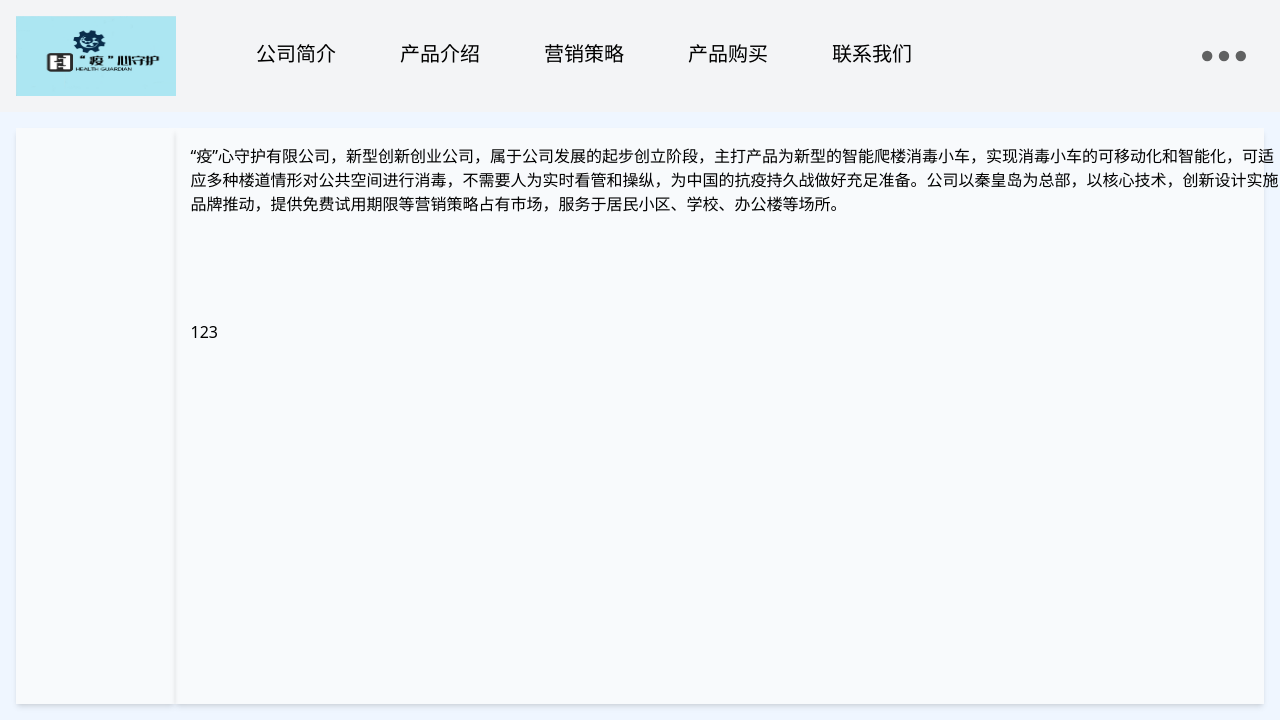
Repository: LiuRuohui/company_introduction
Page: /#/introduction
An editor plug-in stored every save of this project. The page is shown before and after the next save, followed by the edit.
The browser window is 1280 px wide. The pictures show the whole page.
The project was rebuilt for these pictures with package versions that can differ from the ones it lists, and the page was loaded fresh each time. Also part of the build but not shown: vite.config.js, src/components/product.vue, src/components/purchase.vue, src/components/strategy.vue, src/components/contact.vue.

Above is the page before, as saved 2022-05-11 23:07:34.

### index.html
<!DOCTYPE html>
<html lang="en">
  <head>
    <meta charset="UTF-8" />
    <link rel="icon" href="/favicon.ico" />
    <meta name="viewport" content="width=device-width, initial-scale=1.0" />
    <title>COMPANY_INTRODUCTION</title>
  </head>
  <body>
    <div id="app"></div>
    <script type="module" src="/src/main.js"></script>
  </body>
</html>

### src/main.js
import { createApp } from 'vue'
import "./index.css";
//引入路由器
import router from '../src/router/route.js'

import App from './App.vue'

const app = createApp(App);
app.use(router);
app.mount('#app');

### src/index.css
/* ./src/index.css */

@tailwind base;
@tailwind components;
.inputFrame {
  @apply w-full content-center text-base px-4 py-2 border-b rounded-2xl border-gray-300;
}

.inputFrame:focus {
  @apply outline-none border-indigo-500;
}

.btn {
  @apply w-full flex justify-center bg-gradient-to-r from-indigo-500 to-blue-600 text-gray-100 p-4 rounded-full tracking-wide font-semibold shadow-lg cursor-pointer transition ease-in duration-500;
}

.btn:hover {
  @apply bg-gradient-to-l from-blue-500 to-indigo-600;
}

.label {
  @apply ml-3 text-sm font-bold text-gray-700 tracking-wide;
}

@tailwind utilities;

### src/router/route.js
import { createRouter, createWebHashHistory } from "vue-router";
//引入组件
import Introduction from "../components/introduction.vue"
import Product from "../components/product.vue"
import Purchase from "../components/purchase.vue"
import Strategy from "../components/strategy.vue"
import Contact from "../components/contact.vue"

const route = [
    {
        path:'/introduction',
        component:Introduction
    },
    {
        path:'/product',
        component:Product
    },
    {
        path:'/strategy',
        component:Strategy
    },
    {
        path:'/purchase',
        component:Purchase
    },
    {
        path:'/contact',
        component:Contact
    },
]

// 创建路由对象
const router = createRouter({
    history: createWebHashHistory(),
    routes: route
  });


export default router

### src/App.vue
<script setup>
import MainPage from './components/mainPage.vue';
// This starter template is using Vue 3 <script setup> SFCs
// Check out https://vuejs.org/api/sfc-script-setup.html#script-setup

</script>

<template>
<MainPage></MainPage>
</template>

<style>

</style>

### src/components/introduction.vue
<script setup>
const intro = "“疫”心守护有限公司，新型创新创业公司，属于公司发展的起步创立阶段，主打产品为新型的智能爬楼消毒小车，实现消毒小车的可移动化和智能化，可适应多种楼道情形对公共空间进行消毒，不需要人为实时看管和操纵，为中国的抗疫持久战做好充足准备。公司以秦皇岛为总部，以核心技术，创新设计实施品牌推动，提供免费试用期限等营销策略占有市场，服务于居民小区、学校、办公楼等场所。"
</script>

<template>
    <div class="w-full m-4 flex flex-row bg-slate-50">
        <div class="flex h-full w-1/3 shadow-md">
            <div class="m-4 w-full">
            </div>
        </div>
        <div class="flex flex-grow flex-col shadow-md">
            <div class="m-4 w-full h-1/4 text-ellipsis">{{intro}}</div>
            <div class="w-full flex flex-grow">
                <div class="m-4">123</div>
            </div>
        </div>
    </div>
</template>

### src/components/mainPage.vue
<script setup></script>

<template>
    <div class="max-h-full min-h-screen w-full flex flex-col bg-white">
        <div class="w-full h-28 flex flex-row bg-gray-100">
            <div class="h-full">
                <img
                    src="/src/assets/logo.png"
                    alt="公司图标"
                    class="h-20 m-4 w-40"
                />
            </div>
            <div class="flex font-sans text-xl ml-8">
                <router-link
                    active-class="active"
                    to="/introduction"
                    class="px-8 pt-10 hover:cursor-pointer hover:bg-blue-300"
                    >公司简介</router-link
                >
                <router-link
                    active-class="active"
                    to="/product"
                    class="px-8 pt-10 hover:cursor-pointer hover:bg-blue-300"
                    >产品介绍</router-link
                >
                <router-link
                    active-class="active"
                    to="/strategy"
                    class="px-8 pt-10 hover:cursor-pointer hover:bg-blue-300"
                    >营销策略</router-link
                >
                <router-link
                    active-class="active"
                    to="/purchase"
                    class="px-8 pt-10 hover:cursor-pointer hover:bg-blue-300"
                    >产品购买</router-link
                >
                <router-link
                    active-class="active"
                    to="/contact"
                    class="px-8 pt-10 hover:cursor-pointer hover:bg-blue-300"
                    >联系我们</router-link
                >
            </div>
            <div class="flex flex-grow flex-row-reverse">
                <img
                    src="/src/assets/more.svg"
                    alt="更多"
                    class="w-16 h-16 opacity-60 mt-6 mr-6 hover:cursor-pointer"
                />
            </div>
        </div>
        <div class="w-full flex flex-grow bg-blue-50">
            <router-view></router-view>
        </div>
    </div>
</template>

<style></style>

### tailwind.config.js
module.exports = {
  content: [
      "./index.html",
      "./src/**/*.{vue,js,ts,jsx,tsx}",
  ],
  theme: {
      extend: {},
  },
  plugins: [],
}

After the next save:
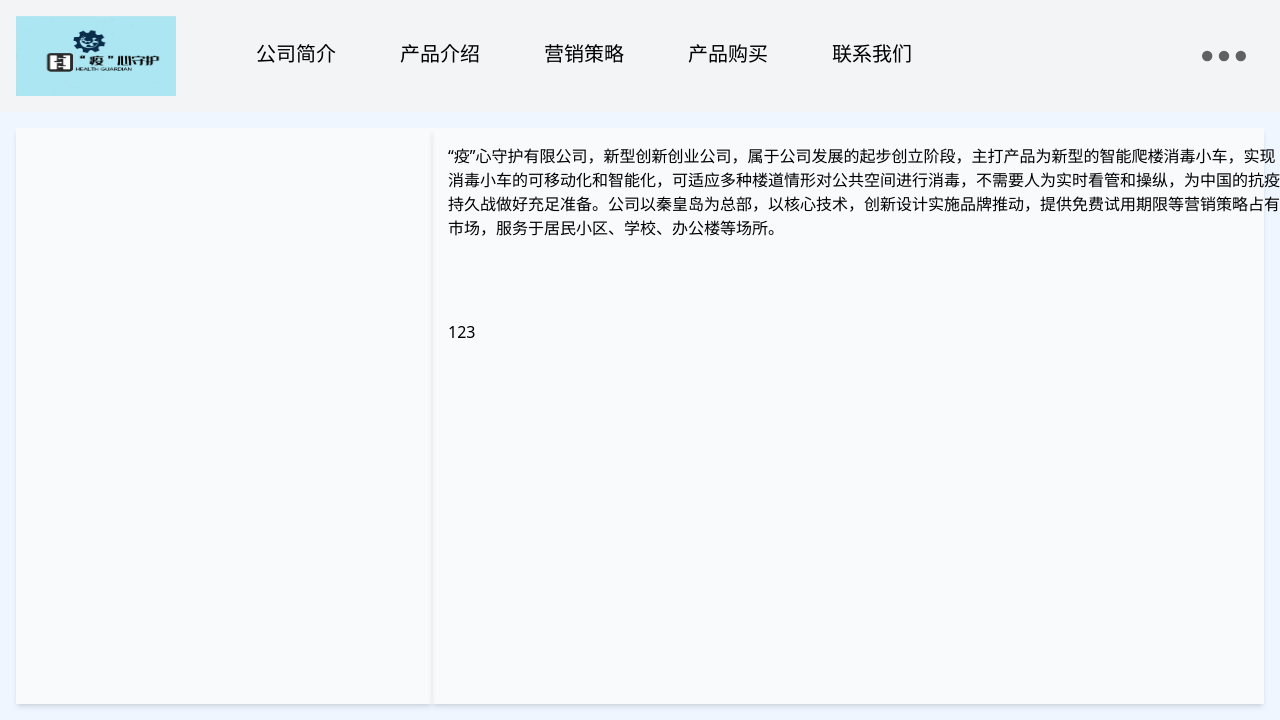
Saved 49 s later.
--- a/src/components/introduction.vue
+++ b/src/components/introduction.vue
@@ -5,10 +5,9 @@
 <template>
     <div class="w-full m-4 flex flex-row bg-slate-50">
         <div class="flex h-full w-1/3 shadow-md">
-            <div class="m-4 w-full">
-            </div>
+            <div class="m-4 w-full"></div>
         </div>
-        <div class="flex flex-grow flex-col shadow-md">
+        <div class="flex flex-grow flex-col shadow-md w-2/3">
             <div class="m-4 w-full h-1/4 text-ellipsis">{{intro}}</div>
             <div class="w-full flex flex-grow">
                 <div class="m-4">123</div>
